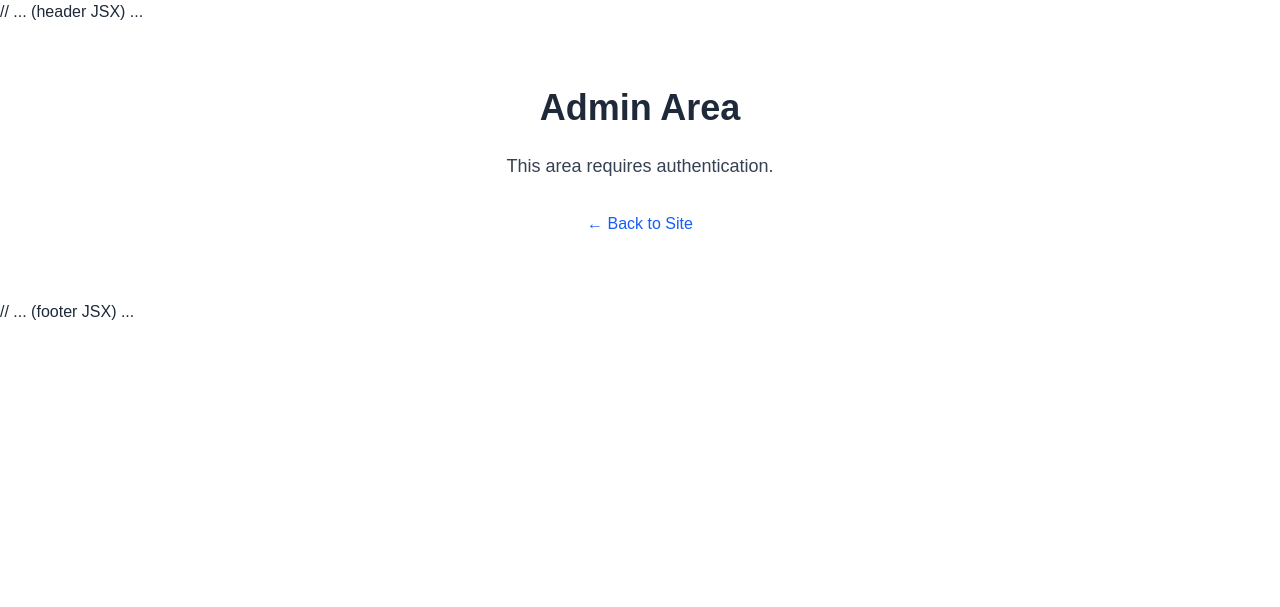
Repository: b0ase/robust-ae.com
Page: /admin
An editor plug-in stored every save of this project. The page is shown before and after the next save, followed by the edit.
The browser window is 1280 px wide. The pictures show the whole page.
The project was rebuilt for these pictures with package versions that can differ from the ones it lists, and the page was loaded fresh each time. The framework's server and built-in components were replaced by stand-ins that run in the browser. Also part of the build but not shown: next.config.ts.

Above is the page before, as saved 2025-05-04 23:07:57.

### src/app/layout.tsx
import type { Metadata } from "next";
import { Geist, Geist_Mono } from "next/font/google";
import "./globals.css";

const geistSans = Geist({
  variable: "--font-geist-sans",
  subsets: ["latin"],
});

const geistMono = Geist_Mono({
  variable: "--font-geist-mono",
  subsets: ["latin"],
});

export const metadata: Metadata = {
  title: "Robust AE",
  description: "Embedded Systems Development and Industrial Automation",
};

export default function RootLayout({
  children,
}: Readonly<{
  children: React.ReactNode;
}>) {
  return (
    <html lang="en">
      <body
        className={`${geistSans.variable} ${geistMono.variable} antialiased`}
      >
        {children}
      </body>
    </html>
  );
}

### src/app/admin/layout.tsx
import SharedLayout from '../shared-layout';

export default function AdminLayout({ children }: { children: React.ReactNode }) {
  // You might want to add admin-specific checks or context here later
  return <SharedLayout>{children}</SharedLayout>;
}

### src/app/admin/page.tsx
import React from 'react';
import Link from 'next/link';

export default function AdminPage() {
  return (
    <div className="container mx-auto px-4 py-16 text-center">
       <h1 className="text-3xl md:text-4xl font-bold mb-6">Admin Area</h1>
       <p className="text-lg text-gray-700 mb-8">
         This area requires authentication.
       </p>
       {/* Add Login Form or Content for authenticated users here */}
       <Link href="/newsite" className="text-blue-600 hover:underline">&larr; Back to Site</Link>
    </div>
  );
}

### src/app/shared-layout.tsx
// This component defines the shared structure (header, footer, theme)
export default function SharedLayout({ children }: { children: React.ReactNode }) {
  // ... (state and effects remain the same)

  // Function to toggle theme
// ... (toggle function remains the same)

  return (
    <div className="bg-white dark:bg-black text-gray-800 dark:text-gray-200 min-h-screen">
       {/* Header Section */}
// ... (header JSX) ...

      {/* Render the actual page content here */}
      <main>{children}</main>

       {/* Footer Section */}
// ... (footer JSX) ...
    </div>
  );
}

Loaded but not shown: src/app/globals.css (common file)

After the next save:
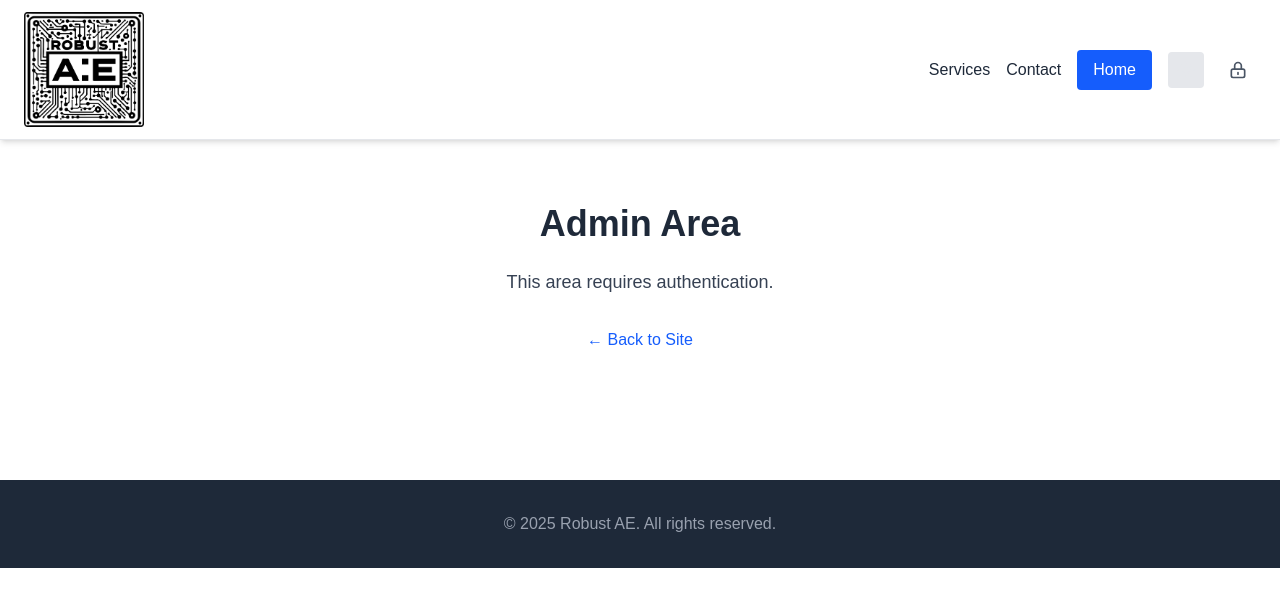
Saved 107 s later.
--- a/src/app/shared-layout.tsx
+++ b/src/app/shared-layout.tsx
@@ -1,20 +1,81 @@
+"use client"; // Mark as Client Component for theme state
+
+import React, { useState, useEffect } from 'react';
+import Image from 'next/image';
+import Link from 'next/link';
+
 // This component defines the shared structure (header, footer, theme)
 export default function SharedLayout({ children }: { children: React.ReactNode }) {
-  // ... (state and effects remain the same)
+  // State for theme management
+  const [theme, setTheme] = useState('dark');
+
+  // Effect to apply theme class and set initial state
+  useEffect(() => {
+    if (theme === 'dark') {
+      document.documentElement.classList.add('dark');
+    } else {
+      document.documentElement.classList.remove('dark');
+    }
+    // Optional: Save theme preference to localStorage if needed
+  }, [theme]);
 
   // Function to toggle theme
-// ... (toggle function remains the same)
+  const toggleTheme = () => {
+    setTheme(theme === 'light' ? 'dark' : 'light');
+  };
 
   return (
     <div className="bg-white dark:bg-black text-gray-800 dark:text-gray-200 min-h-screen">
-       {/* Header Section */}
-// ... (header JSX) ...
+      {/* Header Section - Insert Actual Code */}
+      <header className="sticky top-0 z-50 bg-white dark:bg-black border-b border-gray-200 dark:border-gray-700 shadow-md">
+        <nav className="container mx-auto px-6 py-3 flex justify-between items-center">
+          <div>
+            <Link href="/">
+              <Image
+                src="/images/logos/AE vector-2.png"
+                alt="Robust AE Logo"
+                width={120} // Keep small size
+                height={40}
+                className="dark:invert"
+               />
+            </Link>
+          </div>
+          <div className="space-x-4 flex items-center">
+            <Link href="/newsite#services" className="hover:text-blue-600 dark:hover:text-blue-400">Services</Link>
+            <Link href="/newsite#contact" className="hover:text-blue-600 dark:hover:text-blue-400">Contact</Link>
+            <Link href="/" className="bg-blue-600 text-white px-4 py-2 rounded hover:bg-blue-700">Home</Link>
+            {/* Theme Toggle Button */}
+            <button
+              onClick={toggleTheme}
+              className="p-2 rounded bg-gray-200 dark:bg-gray-800 hover:bg-gray-300 dark:hover:bg-gray-700"
+              aria-label="Toggle theme"
+            >
+              {theme === 'light' ? (
+                <svg xmlns="http://www.w3.org/2000/svg" className="h-5 w-5 text-gray-800" fill="none" viewBox="0 0 24 24" stroke="currentColor"><path strokeLinecap="round" strokeLinejoin="round" strokeWidth={2} d="M20.354 15.354A9 9 0 018.646 3.646 9.003 9.003 0 0012 21a9.003 9.003 0 008.354-5.646z" /></svg>
+              ) : (
+                <svg xmlns="http://www.w3.org/2000/svg" className="h-5 w-5 text-gray-200" fill="none" viewBox="0 0 24 24" stroke="currentColor"><path strokeLinecap="round" strokeLinejoin="round" strokeWidth={2} d="M12 3v1m0 16v1m9-9h-1M4 12H3m15.364 6.364l-.707-.707M6.343 6.343l-.707-.707m12.728 0l-.707.707M6.343 17.657l-.707.707M16 12a4 4 0 11-8 0 4 4 0 018 0z" /></svg>
+              )}
+            </button>
+             {/* Admin Link */}
+             <Link href="/admin" className="p-2 rounded hover:bg-gray-100 dark:hover:bg-gray-700" title="Admin Login">
+               <svg xmlns="http://www.w3.org/2000/svg" className="h-5 w-5 text-gray-600 dark:text-gray-400" fill="none" viewBox="0 0 24 24" stroke="currentColor" strokeWidth={2}>
+                 <path strokeLinecap="round" strokeLinejoin="round" d="M12 15v2m-6 4h12a2 2 0 002-2v-6a2 2 0 00-2-2H6a2 2 0 00-2 2v6a2 2 0 002 2zm10-10V7a4 4 0 00-8 0v4h8z" />
+               </svg>
+             </Link>
+          </div>
+        </nav>
+      </header>
 
       {/* Render the actual page content here */}
       <main>{children}</main>
 
-       {/* Footer Section */}
-// ... (footer JSX) ...
+       {/* Footer Section - Insert Actual Code */}
+       <footer className="bg-gray-800 dark:bg-black text-gray-400 dark:text-gray-500 py-8 mt-16">
+         <div className="container mx-auto text-center">
+           <p>© {new Date().getFullYear()} Robust AE. All rights reserved.</p>
+           {/* Add footer links if needed */}
+         </div>
+       </footer>
     </div>
   );
 }
